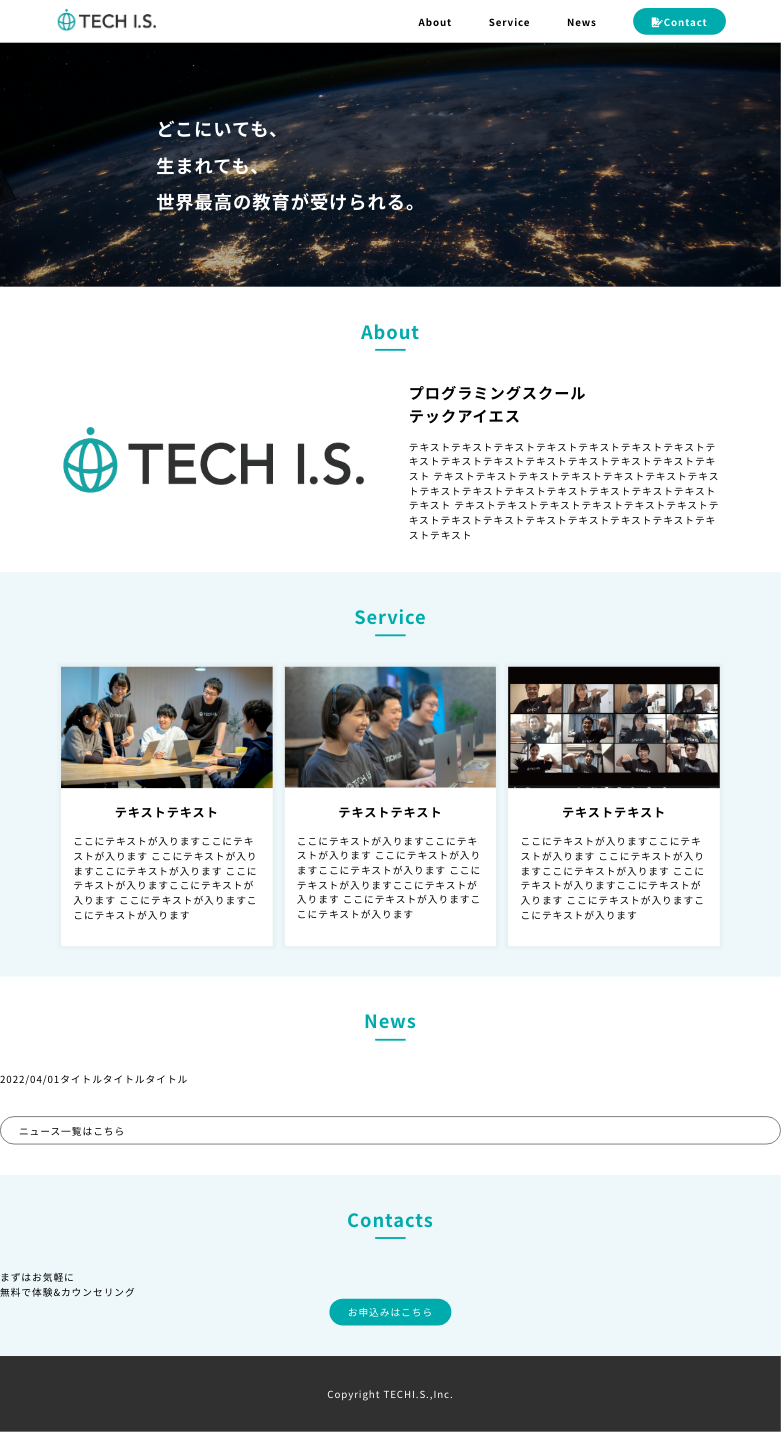
Repository: ryunoesta/lp-techis
Page: indx.html
The author's editor kept a copy of each file at every save. The page is drawn from the files as they stood at one save, then again after the next save.
The browser window is 1280 px wide. The pictures show the whole page, at 61% of full size.

Above is the page before, as saved 2022-06-19 23:14:47.

### indx.html
<!DOCTYPE html>
<html lang="ja">
<head>
    <meta charset="UTF-8">
    <meta http-equiv="X-UA-Compatible" content="IE=edge">
    <meta name="viewport" content="width=device-width, initial-scale=1.0">
    <!-- reset css -->
    <link rel="stylesheet" href="./CSS/reset.css">
    <!-- style css -->
    <link rel="stylesheet" href="./CSS/style.css">
    <!-- fontawesome -->
    <link rel="stylesheet" href="https://use.fontawesome.com/releases/v5.15.1/css/all.css">
    <title>プログラミングスクール テックアイエス</title>
</head>
<body>
    <!-- header -->
    <header class="header">
        <h1 class="logo">
            <img src="./img/logo.png" alt="ロゴ画像">
        </h1>
        <ul class="menu-pc">
            <li><a href="#">About</a></li>
            <li><a href="#">Service</a></li>
            <li><a href="#">News</a></li>
            <!-- リンク先追加 -->
            <li><a href="contact"><i class="fas fa-file-signature"></i>Contact</a></li>
        </ul>
    </header>

    <!-- main -->
    <main>
        <!-- fv -->
        <section class="front-fv">
            <img src="./img/top1.png" alt="ファーストビュー">
            <h2>どこにいても、
                <br>
                生まれても、
                <br>
                世界最高の教育が受けられる。
            </h2>
        </section>

        <!-- about -->
        <section class="front-about">
            <h2 class="front-common__title">
                About
            </h2>
            <ul class="front-about__list">
                <li class="front-about__item"><img src="./img/logo.png" alt="ロゴ画像"></li>
                <li class="front-about__item">
                    <div class="front-about_txt">
                        <h3>
                            プログラミングスクール
                            <br>
                            テックアイエス
                        </h3>
                        <p>テキストテキストテキストテキストテキストテキストテキストテキストテキストテキストテキストテキストテキストテキストテキスト テキストテキストテキストテキストテキストテキストテキストテキストテキストテキストテキストテキストテキストテキストテキスト テキストテキストテキストテキストテキストテキストテキストテキストテキストテキストテキストテキストテキストテキストテキスト</p>
                    </div>
                </li>
            </ul>
        </section>

        <!-- service -->
        <section class="front-service">
            <div class="front-service__inner">
                <h2 class="front-common__title">
                    Service
                </h2>
                <ul class="front-service__list">
                    <li class="front-service__item">
                        <img src="./img/service1.png" alt="サービス１">
                        <h3>テキストテキスト</h3>
                        <p>
                            ここにテキストが入りますここにテキストが入ります ここにテキストが入りますここにテキストが入ります
                            ここにテキストが入りますここにテキストが入ります ここにテキストが入りますここにテキストが入ります
                        </p>
                    </li>
                    <li class="front-service__item">
                        <img src="./img/service2.png" alt="サービス２">
                        <h3>テキストテキスト</h3>
                        <p>
                            ここにテキストが入りますここにテキストが入ります ここにテキストが入りますここにテキストが入ります
                            ここにテキストが入りますここにテキストが入ります ここにテキストが入りますここにテキストが入ります
                        </p>
                    </li>
                    <li class="front-service__item">
                        <img src="./img/service3.png" alt="サービス３">
                        <h3>テキストテキスト</h3>
                        <p>
                            ここにテキストが入りますここにテキストが入ります ここにテキストが入りますここにテキストが入ります
                            ここにテキストが入りますここにテキストが入ります ここにテキストが入りますここにテキストが入ります
                        </p>
                    </li>
                </ul>
            </div>
        </section>

        <!-- news -->
        <section class="front-news">
            <h2 class="front-common__title">
                News
            </h2>
            <time datetime="2022/04/01"><span class="front-news__date">2022/04/01</span>タイトルタイトルタイトル</time>
            <div class="front-news__btn">ニュース一覧はこちら</div>
        </section>

        <!-- contact -->
        <section class="front-contact">
            <h2 class="front-common__title">
                Contacts
            </h2>
            <h3>
                まずはお気軽に
                <br>
                無料で体験&カウンセリング
            </h3>
            <div class="front-contact__btn">お申込みはこちら</div>
        </section>
    </main>

    <!-- footer -->
    <footer class="footer">
        <!-- footerはブロックレベル要素  -->
        <p>
            <small>Copyright TECHI.S.,Inc.</small>
        </p>
    </footer>
</body>
</html>

### CSS/reset.css
*, *::before, *::after {
    box-sizing: border-box;
}
html, body, div, span, applet, object, iframe, h1, h2, h3, h4, h5, h6, p, blockquote, pre, a,
abbr, acronym, address, big, cite, code, del, dfn, em, font, ins, kbd, q, s, samp, small, strike,
strong, sub, sup, tt, var, dl, dt, dd, ol, ul, li, fieldset, form, label, legend, table,
caption, tbody, tfoot, thead, tr, th, td {
    border: 0;
    font-size: 100%;
    font-weight: inherit;
    margin: 0;
    outline: 0;
    padding: 0;
    vertical-align: baseline;
}
body {
    width: 100%;
    height: 100%;
    margin: 0 auto;
    letter-spacing: 1.5px;
    line-height: 1.5;
}
img {
    width: 100%;
    height: 100%;
    top: 0;
    left: 0;
    object-fit: cover;
}
a {
    color: black;
    text-decoration: none;
}
ol, ul {
    list-style: none;
}
table {
    border-collapse: separate;
    border-spacing: 0;
}

### CSS/style.css
/* フォントの設定 */
@import url('https://fonts.googleapis.com/css2?family=Noto+Sans+JP&display=swap');
html, body {
    font-size: 16px;
    font-family: 'Noto Sans JP', sans-serif;
}

/* header */
.header {
    display: flex;
    align-items: center;
    justify-content: space-between;
    max-width: 1100px;
    height: 70px;
    margin: auto;
}

.logo img {
    width: 170px;
    height: auto;
}

.menu-pc {
    display: flex;
    align-items: center;
}

.menu-pc li {
    margin: 0 30px;
}

.menu-pc a {
    font-weight: bold;
}

.menu-pc li:last-child {
    margin-right: 0;
}

.menu-pc li:last-child a {
    display: block;
    color: #fff;
    background: #00abae;
    padding: 10px 30px;
    border-radius: 50px;
}

/* footer */
.footer {
    padding: 50px;  /* paddingにautoはない */
    background: #303030;
}

.footer p {
    color: #fff;
    text-align: center;
}

/* fv */
.front-fv {
    position: relative;
    height: 400px;
}

.front-fv h2 {
    position: absolute;
    top: 50%;
    -webkit-transform: translateY(-50%);
    -moz-transform: translateY(-50%);
    -ms-transform: translateY(-50%);
    -o-transform: translateY(-50%);
    transform: translateY(-50%);
    left: 20%;
    color: #fff;
    font-size: 30px;
    font-weight: bold;
    line-height: 2;
}

/* common */
.front-common__title {
    position: relative;
    font-size: 30px;
    font-weight: bold;
    color: #00abae;
    text-align: center;
    margin-bottom: 50px;
    padding-bottom: 10px;
}

.front-common__title::before {
    position: absolute;
    bottom: 0;
    left: 50%;
    transform: translateX(-50%);
    content: "";
    border-bottom: 3px solid #00abae;
    width: 50px;
}

/* about */
.front-about {
    max-width: 1100px;
    margin: 50px auto;
}

.front-about__list {
    display: flex;
    align-items: center;
    justify-content:center;
}

.front-about__item {
    width: 50%;
}

.front-about__item h3 {
    font-size: 25px;
    font-weight: bold;
}

.front-about__item p {
    margin-top: 20px;
}

.front-about__item:first-child{
    margin-right: 30px;
}

.front-about__item:last-child{
    margin-left: 30px;
}

/* service */
.front-service {
    padding: 50px 0;
    background: #eef8fa;
}

.front-service__inner {
    max-width: 1100px;
    margin: auto;
}

.front-service__list {
    display: flex;
}

.front-service__item {
    width: 33.333%;
    margin: 0 10px;
    background: #fff;
    box-shadow: 0 0 5px 5px rgb(0 0 0 / 3%);
}

.front-service__item img {
    width: 100%;
    height: auto;
}

.front-service__item h3 {
    margin: 20px;
    font-size: 20px;
    text-align: center;
    font-weight: bold;
}

.front-service__item p {
    padding: 0 20px 40px;
}

/* news */
.front-news {
    padding: 50px 0;
}

.front-news time {
    display: block;
    margin: 50px auto;
}

.front-news__btn {
    padding: 10px 30px;
    border: 1px solid #303030;
    border-radius: 50px;
}

/* contact */
.front-contact {
    padding: 50px 0;
    background: #eef8fa;
}

.front-contact h2 {
    text-align: center;
}

.front-contact__btn {
    color: #fff;
    background: #00abae;
    padding: 10px 30px;
    border-radius: 50px;
    width: 200px;
    margin: auto;
}

After the next save:
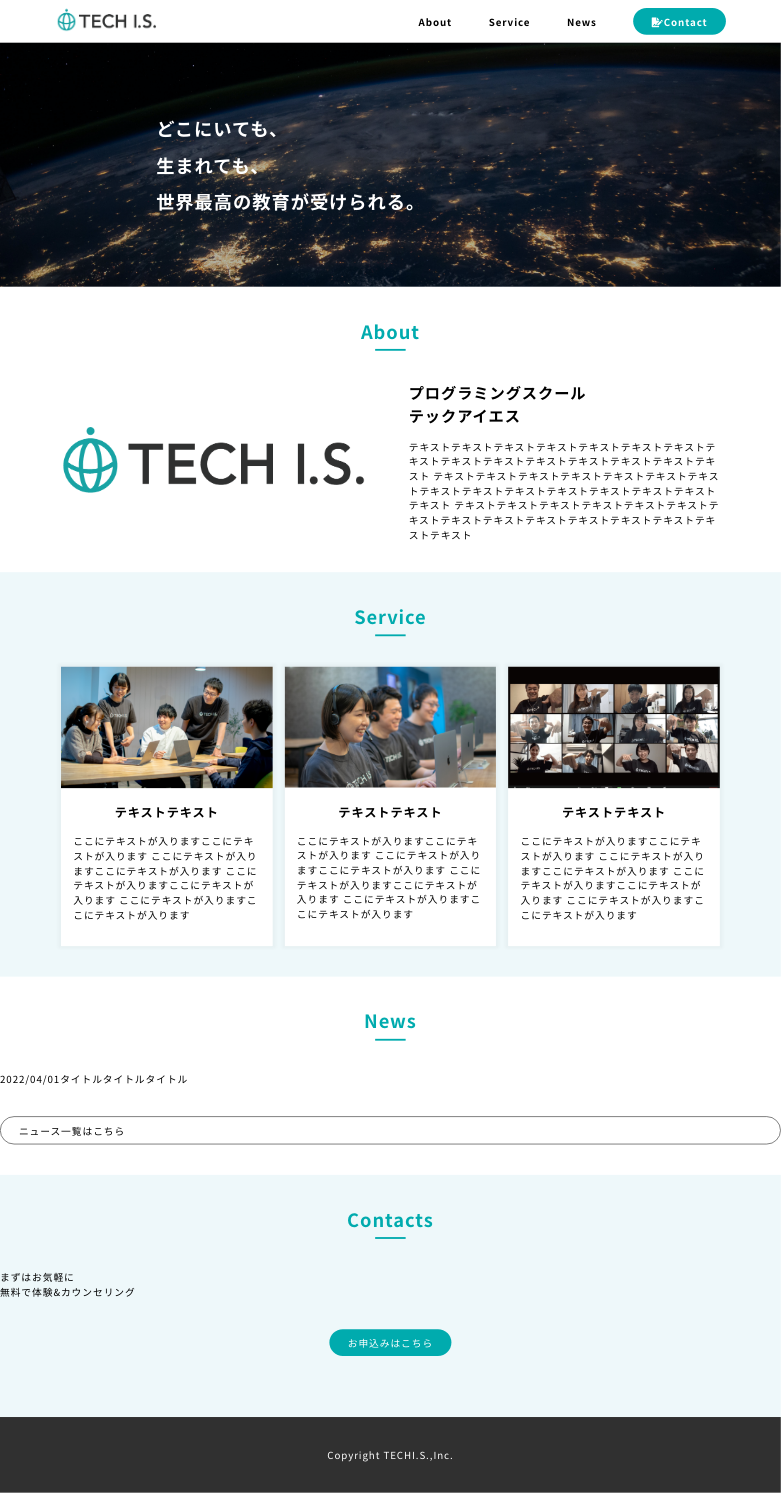
Saved 9 s later.
--- a/CSS/style.css
+++ b/CSS/style.css
@@ -201,5 +201,5 @@
     padding: 10px 30px;
     border-radius: 50px;
     width: 200px;
-    margin: auto;
-}
+    margin: 50px auto;
+}
